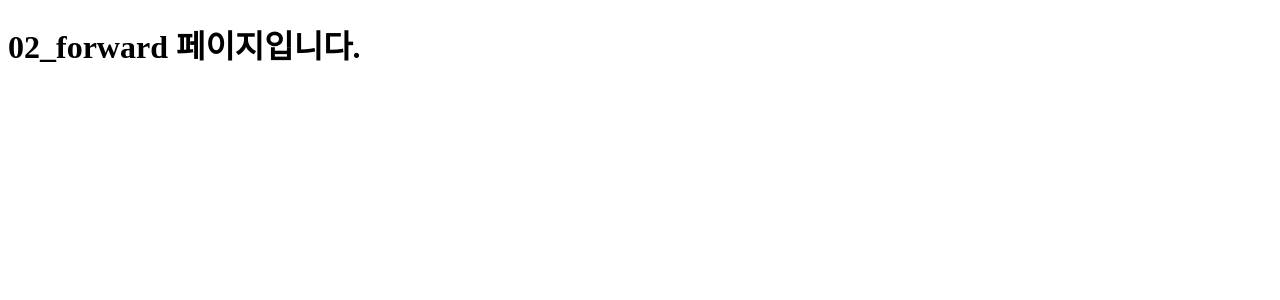
Repository: smjae96/Backup
Page: http://localhost/elActionProject/views/2_StandardAction/02_forward.jsp
The author's editor kept a copy of each file at every save. The page is drawn from the files as they stood at one save, then again after the next save.
The browser window is 1280 px wide. The pictures show the whole page.
The page is served by Tomcat 9. Other server files are loaded and not shown.

Above is the page before, as saved 2024-04-01 01:20:27.

### 5_JSP/elActionProject/src/main/webapp/views/2_StandardAction/02_forward.jsp
<%@ page language="java" contentType="text/html; charset=UTF-8"
    pageEncoding="UTF-8"%>
<!DOCTYPE html>
<html>
<head>
<meta charset="UTF-8">
<title>Insert title here</title>
</head>
<body>
	<h1>02_forward 페이지입니다.</h1>
</body>
</html>

### 5_JSP/elActionProject/src/main/webapp/views/2_StandardAction/footer.jsp
<%@ page language="java" contentType="text/html; charset=UTF-8"
    pageEncoding="UTF-8"%>
<!DOCTYPE html>
<html>
<head>
<meta charset="UTF-8">
<title>Insert title here</title>
</head>
<body>
	<%
		String year = new java.text.SimpleDateFormat("yyyy").format(new java.util.Date());
	%>
	<%-- scope(영역)에 저장된 것이 아니라 param이라는 영역에 전달이 됨. 해당 키값을 찾아야 함. --%>
	test : ${ param.test}
	<br>
	Copyright © 1998-<%=year %> KH Information Educational Institute All Right Reserved
</body>
</html>

After the next save:
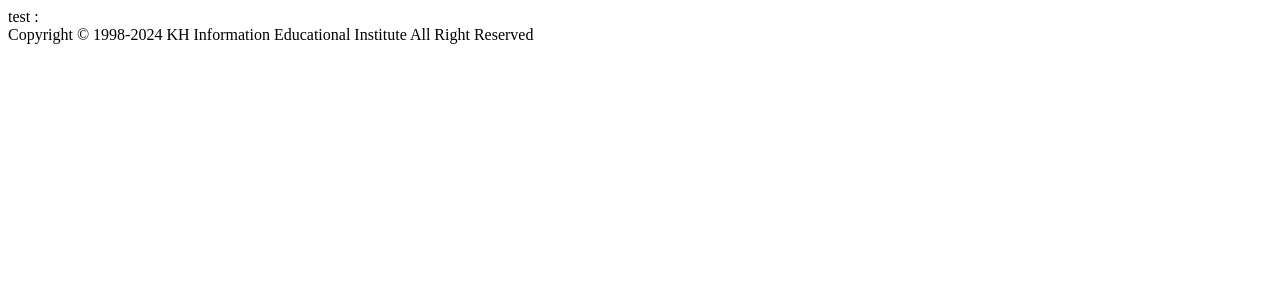
Saved 67 s later.
--- a/5_JSP/elActionProject/src/main/webapp/views/2_StandardAction/02_forward.jsp
+++ b/5_JSP/elActionProject/src/main/webapp/views/2_StandardAction/02_forward.jsp
@@ -8,5 +8,7 @@
 </head>
 <body>
 	<h1>02_forward 페이지입니다.</h1>
+
+	<jsp:forward page="footer.jsp"/>
 </body>
 </html>
